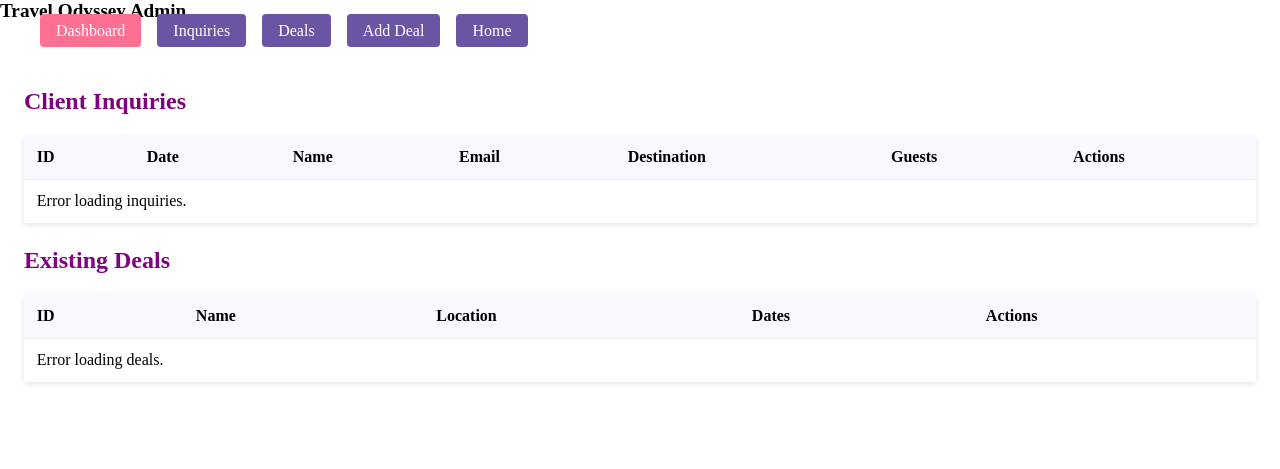
Repository: GHzPhoenix/Project-Odyssey
Page: Frontend/admin.html
These files come from the project's save history. The page is drawn as it stood at one moment and after the next save; the edit follows.
The browser window is 1280 px wide. The pictures show the whole page.
The page's requests for data from a server got no answer.

Above is the page before, as saved 2025-06-08 23:54:52.

### Frontend/admin.html
<!DOCTYPE html>
<html lang="en">
  <head>
    <meta charset="UTF-8" />
    <meta name="viewport" content="width=device-width,initial-scale=1.0" />
    <title>Admin Dashboard – Travel Odyssey</title>
    <style>
      body {
        font-family: "Merriweather", serif;
        margin: 0;
      }
      header nav {
        background: purple;
        color: #fff;
        display: flex;
        align-items: center;
        justify-content: space-between;
        padding: 1rem;
      }
      header .logo {
        font-weight: bold;
        font-size: 1.2rem;
      }
      header ul {
        list-style: none;
        display: flex;
        gap: 1rem;
        margin: 0;
      }
      header a {
        color: #fff;
        text-decoration: none;
        padding: 0.5rem 1rem;
        border-radius: 4px;
        background: #6c54a4;
        transition: background 0.2s;
      }
      header a.active,
      header a:hover {
        background: #ff6f91;
      }

      main {
        padding: 1.5rem;
      }
      h2.section {
        color: purple;
        margin-top: 1.5rem;
      }

      table {
        width: 100%;
        border-collapse: collapse;
        margin-top: 0.5rem;
        box-shadow: 0 2px 6px rgba(0, 0, 0, 0.1);
      }
      th,
      td {
        padding: 0.8rem;
        border-bottom: 1px solid #eee;
        text-align: left;
      }
      th {
        background: #faf7fe;
      }
      tr:last-child td {
        border-bottom: none;
      }

      button.action {
        background: #0b6623;
        color: #fff;
        border: none;
        padding: 0.4rem 0.8rem;
        border-radius: 4px;
        cursor: pointer;
        transition: background 0.2s;
      }
      button.action:hover {
        background: #095a1a;
      }
    </style>
  </head>
  <body>
    <header>
      <div class="logo">Travel Odyssey Admin</div>
      <ul>
        <li><a href="admin-dashboard.html" class="active">Dashboard</a></li>
        <li><a href="inquiries.html">Inquiries</a></li>
        <li><a href="deals.html">Deals</a></li>
        <li><a href="add-deal.html">Add Deal</a></li>
        <li><a href="index.html">Home</a></li>
      </ul>
    </header>

    <main>
      <!-- Inquiries -->
      <h2 class="section">Client Inquiries</h2>
      <table id="inquiries-table">
        <thead>
          <tr>
            <th>ID</th>
            <th>Date</th>
            <th>Name</th>
            <th>Email</th>
            <th>Destination</th>
            <th>Guests</th>
            <th>Actions</th>
          </tr>
        </thead>
        <tbody>
          <tr>
            <td colspan="7">Loading…</td>
          </tr>
        </tbody>
      </table>

      <!-- Deals -->
      <h2 class="section">Existing Deals</h2>
      <table id="deals-table">
        <thead>
          <tr>
            <th>ID</th>
            <th>Name</th>
            <th>Location</th>
            <th>Dates</th>
            <th>Actions</th>
          </tr>
        </thead>
        <tbody>
          <tr>
            <td colspan="5">Loading…</td>
          </tr>
        </tbody>
      </table>
    </main>

    <script>
      const token = localStorage.getItem("token") || "";

      async function fetchJSON(url) {
        const res = await fetch(url, {
          headers: { Authorization: "Bearer " + token },
        });
        if (!res.ok) throw await res.json();
        return res.json();
      }

      fetchJSON("http://127.0.0.1:5001/api/inquiries")
        .then((inquiries) => {
          const tbody = document.querySelector("#inquiries-table tbody");
          if (inquiries.length === 0) {
            tbody.innerHTML = "<tr><td colspan='7'>No inquiries.</td></tr>";
          } else {
            tbody.innerHTML = inquiries
              .map((i) => {
                const date = new Date(i.created_at).toLocaleDateString();
                return `
              <tr>
                <td>${i.id}</td>
                <td>${date}</td>
                <td>${i.name}</td>
                <td>${i.email}</td>
                <td>${i.destination}</td>
                <td>${i.guests}</td>
                <td>
                  <button class="action" data-id="${
                    i.id
                  }" data-dest="${encodeURIComponent(
                  i.destination
                )}" data-acts="${encodeURIComponent(i.preferences || "")}">
                    Create Deal
                  </button>
                </td>
              </tr>`;
              })
              .join("");
            // attach Create Deal handlers
            tbody.querySelectorAll("button.action").forEach((btn) => {
              btn.addEventListener("click", () => {
                const dest = btn.dataset.dest;
                const acts = btn.dataset.acts;
                // pass inquiry fields into add-deal form
                const qs = new URLSearchParams({
                  location: dest,
                  activities: acts,
                });
                window.location.href = `add-deal.html?${qs}`;
              });
            });
          }
        })
        .catch((err) => {
          document.querySelector(
            "#inquiries-table tbody"
          ).innerHTML = `<tr><td colspan="7">Error loading inquiries.</td></tr>`;
          console.error(err);
        });

      // Render deals
      fetchJSON("http://127.0.0.1:5001/api/deals")
        .then((deals) => {
          const tbody = document.querySelector("#deals-table tbody");
          if (deals.length === 0) {
            tbody.innerHTML = "<tr><td colspan='5'>No deals yet.</td></tr>";
          } else {
            tbody.innerHTML = deals
              .map((d) => {
                const from = new Date(d.start_date).toLocaleDateString();
                const to = new Date(d.end_date).toLocaleDateString();
                return `
              <tr>
                <td>${d.id}</td>
                <td>${d.name}</td>
                <td>${d.location}</td>
                <td>${from} – ${to}</td>
                <td>
                  <button class="action" onclick="location.href='add-deal.html?id=${d.id}'">
                    Edit
                  </button>
                </td>
              </tr>`;
              })
              .join("");
          }
        })
        .catch((err) => {
          document.querySelector(
            "#deals-table tbody"
          ).innerHTML = `<tr><td colspan="5">Error loading deals.</td></tr>`;
          console.error(err);
        });
    </script>
  </body>
</html>

### Frontend/css/admin.css
@import url("https://fonts.googleapis.com/css2?family=Merriweather:wght@300;400;700&display=swap");

* {
  box-sizing: border-box;
  margin: 0;
  padding: 0;
}

body {
  font-family: "Merriweather", serif;
  background: #f4f4f9;
  color: #333;
}

header nav {
  background: purple;
  padding: 1rem 2rem;
  display: flex;
  align-items: center;
  justify-content: space-between;
}
header nav .logo {
  color: white;
  font-size: 1.5rem;
  font-weight: bold;
}
header nav ul {
  list-style: none;
  display: flex;
  gap: 1rem;
}
header nav a {
  color: white;
  text-decoration: none;
  padding: 0.5rem 1rem;
  background: #6c63ff;
  border-radius: 4px;
  transition: background 0.2s;
}
header nav a.active,
header nav a:hover {
  background: #ff6f91;
}

main {
  max-width: 960px;
  margin: 2rem auto;
  padding: 0 1rem;
}

h1,
h2 {
  color: purple;
  margin-bottom: 1rem;
  text-align: center;
}

form {
  background: white;
  padding: 2rem;
  border-radius: 8px;
  box-shadow: 0 4px 12px rgba(0, 0, 0, 0.1);
}
form .input-group {
  margin-bottom: 1.25rem;
}
form label {
  display: block;
  margin-bottom: 0.4rem;
  font-weight: 600;
}
form input[type="text"],
form input[type="date"],
form textarea {
  width: 100%;
  padding: 0.6rem;
  border: 1px solid #ccc;
  border-radius: 4px;
  font-size: 1rem;
}
form textarea {
  resize: vertical;
  min-height: 80px;
}

.file-input-label {
  display: inline-block;
  padding: 0.5rem 1rem;
  background: #007bff;
  color: white;
  border-radius: 4px;
  cursor: pointer;
  font-size: 0.9rem;
}
#file-chosen {
  margin-left: 0.5rem;
  font-size: 0.9rem;
  vertical-align: middle;
  color: #555;
}
input[type="file"] {
  display: none;
}

button[type="submit"] {
  background: #0b6623;
  color: white;
  padding: 0.7rem 1.4rem;
  border: none;
  border-radius: 4px;
  font-size: 1rem;
  cursor: pointer;
}
button[type="submit"]:hover {
  background: #095a1a;
}

#deal-message,
#inquiry-message {
  margin-top: 0.75rem;
  font-size: 0.9rem;
}
#deal-message.error,
#inquiry-message.error {
  color: #b00020;
}
#deal-message.success,
#inquiry-message.success {
  color: #0b6623;
}

table {
  width: 100%;
  border-collapse: collapse;
  background: white;
  margin-top: 1rem;
  box-shadow: 0 2px 8px rgba(0, 0, 0, 0.1);
}
th,
td {
  padding: 0.75rem 1rem;
  border: 1px solid #ddd;
  text-align: left;
}
th {
  background: purple;
  color: white;
  font-weight: 600;
}
tr:nth-child(even) td {
  background: #f9f9ff;
}

.inquiry-actions button {
  background: #6c63ff;
  color: white;
  border: none;
  padding: 0.4rem 0.8rem;
  border-radius: 4px;
  cursor: pointer;
  font-size: 0.9rem;
  margin-right: 0.5rem;
}
.inquiry-actions button:hover {
  background: #5950d4;
}

.deal-card {
  background: white;
  border-radius: 8px;
  box-shadow: 0 2px 8px rgba(0, 0, 0, 0.1);
  overflow: hidden;
  margin: 1rem 0;
  display: flex;
}
.deal-card img {
  width: 120px;
  object-fit: cover;
}
.deal-card-body {
  padding: 1rem;
  flex: 1;
}
.deal-card-body h3 {
  margin-bottom: 0.5rem;
}
.deal-card-body p {
  margin-bottom: 0.5rem;
}
.deal-card-body .card-button {
  background: #6c63ff;
  color: white;
  padding: 0.4rem 0.8rem;
  border-radius: 4px;
  text-decoration: none;
}
.deal-card-body .card-button:hover {
  background: #5950d4;
}

.button-link {
  display: inline-block;
  margin-top: 1.5rem;
  color: #6c63ff;
  text-decoration: underline;
}

After the next save:
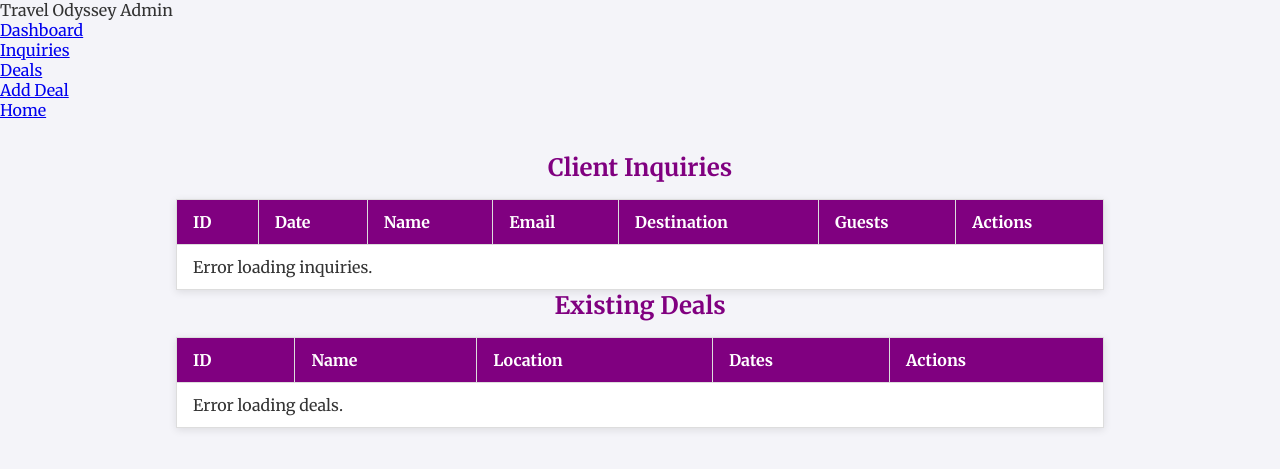
Saved 2 min 19 s later.
--- a/Frontend/admin.html
+++ b/Frontend/admin.html
@@ -4,82 +4,7 @@
     <meta charset="UTF-8" />
     <meta name="viewport" content="width=device-width,initial-scale=1.0" />
     <title>Admin Dashboard – Travel Odyssey</title>
-    <style>
-      body {
-        font-family: "Merriweather", serif;
-        margin: 0;
-      }
-      header nav {
-        background: purple;
-        color: #fff;
-        display: flex;
-        align-items: center;
-        justify-content: space-between;
-        padding: 1rem;
-      }
-      header .logo {
-        font-weight: bold;
-        font-size: 1.2rem;
-      }
-      header ul {
-        list-style: none;
-        display: flex;
-        gap: 1rem;
-        margin: 0;
-      }
-      header a {
-        color: #fff;
-        text-decoration: none;
-        padding: 0.5rem 1rem;
-        border-radius: 4px;
-        background: #6c54a4;
-        transition: background 0.2s;
-      }
-      header a.active,
-      header a:hover {
-        background: #ff6f91;
-      }
-
-      main {
-        padding: 1.5rem;
-      }
-      h2.section {
-        color: purple;
-        margin-top: 1.5rem;
-      }
-
-      table {
-        width: 100%;
-        border-collapse: collapse;
-        margin-top: 0.5rem;
-        box-shadow: 0 2px 6px rgba(0, 0, 0, 0.1);
-      }
-      th,
-      td {
-        padding: 0.8rem;
-        border-bottom: 1px solid #eee;
-        text-align: left;
-      }
-      th {
-        background: #faf7fe;
-      }
-      tr:last-child td {
-        border-bottom: none;
-      }
-
-      button.action {
-        background: #0b6623;
-        color: #fff;
-        border: none;
-        padding: 0.4rem 0.8rem;
-        border-radius: 4px;
-        cursor: pointer;
-        transition: background 0.2s;
-      }
-      button.action:hover {
-        background: #095a1a;
-      }
-    </style>
+    <link rel="stylesheet" href="/Frontend/css/admin.css" />
   </head>
   <body>
     <header>
@@ -94,7 +19,6 @@
     </header>
 
     <main>
-      <!-- Inquiries -->
       <h2 class="section">Client Inquiries</h2>
       <table id="inquiries-table">
         <thead>
@@ -115,7 +39,6 @@
         </tbody>
       </table>
 
-      <!-- Deals -->
       <h2 class="section">Existing Deals</h2>
       <table id="deals-table">
         <thead>
@@ -175,12 +98,10 @@
               </tr>`;
               })
               .join("");
-            // attach Create Deal handlers
             tbody.querySelectorAll("button.action").forEach((btn) => {
               btn.addEventListener("click", () => {
                 const dest = btn.dataset.dest;
                 const acts = btn.dataset.acts;
-                // pass inquiry fields into add-deal form
                 const qs = new URLSearchParams({
                   location: dest,
                   activities: acts,
@@ -197,7 +118,6 @@
           console.error(err);
         });
 
-      // Render deals
       fetchJSON("http://127.0.0.1:5001/api/deals")
         .then((deals) => {
           const tbody = document.querySelector("#deals-table tbody");
